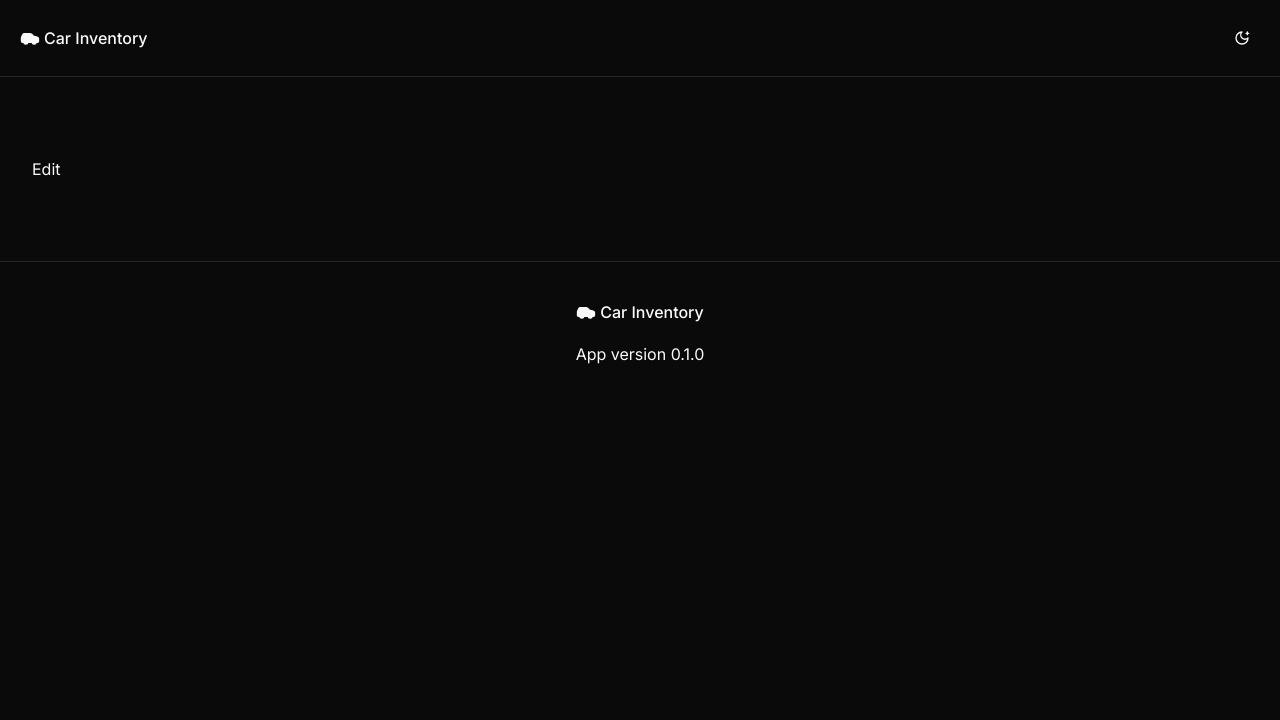
Repository: tushcmd/car-inventory
Page: /edit (app in frontend/)
An editor plug-in stored every save of this project. The page is shown before and after the next save, followed by the edit.
The browser window is 1280 px wide. The pictures show the whole page.
The project was rebuilt for these pictures with package versions that can differ from the ones it lists, and the page was loaded fresh each time. The framework's server and built-in components were replaced by stand-ins that run in the browser. Also part of the build but not shown: frontend/next.config.mjs.

Above is the page before, as saved 2024-05-12 03:50:27.

### frontend/app/layout.tsx
import type { Metadata } from "next";
import { Inter } from "next/font/google";
import "./globals.css";
import AppProviders from "@/components/providers/AppProviders";
import Navbar from '@/components/shared/Navbar';
import Footer from "@/components/shared/Footer";

const inter = Inter({ subsets: ["latin"] });

export const metadata: Metadata = {
  title: "Car Garage Inventory",
  description: "Nextjs Shadcnui Nodejs Express and MongoDB CRUD",
};

export default function RootLayout({
  children,
}: Readonly<{
  children: React.ReactNode;
}>) {
  return (
    <html lang="en" suppressHydrationWarning>
      <body className={inter.className}>
        <AppProviders>
          <Navbar />
          {children}
          <Footer />
        </AppProviders>
      </body>
    </html>
  );
}

### frontend/app/edit/page.tsx


export default function Edit() {
    return (
        <div className="page-container">Edit</div>
    )
}

### frontend/app/globals.css
@tailwind base;
@tailwind components;
@tailwind utilities;

@layer base {
  :root {
    --background: 0 0% 100%;
    --foreground: 0 0% 3.9%;

    --card: 0 0% 100%;
    --card-foreground: 0 0% 3.9%;

    --popover: 0 0% 100%;
    --popover-foreground: 0 0% 3.9%;

    --primary: 0 0% 9%;
    --primary-foreground: 0 0% 98%;

    --secondary: 0 0% 96.1%;
    --secondary-foreground: 0 0% 9%;

    --muted: 0 0% 96.1%;
    --muted-foreground: 0 0% 45.1%;

    --accent: 0 0% 96.1%;
    --accent-foreground: 0 0% 9%;

    --destructive: 0 84.2% 60.2%;
    --destructive-foreground: 0 0% 98%;

    --border: 0 0% 89.8%;
    --input: 0 0% 89.8%;
    --ring: 0 0% 3.9%;

    --radius: 0.5rem;
  }

  .dark {
    --background: 0 0% 3.9%;
    --foreground: 0 0% 98%;

    --card: 0 0% 3.9%;
    --card-foreground: 0 0% 98%;

    --popover: 0 0% 3.9%;
    --popover-foreground: 0 0% 98%;

    --primary: 0 0% 98%;
    --primary-foreground: 0 0% 9%;

    --secondary: 0 0% 14.9%;
    --secondary-foreground: 0 0% 98%;

    --muted: 0 0% 14.9%;
    --muted-foreground: 0 0% 63.9%;

    --accent: 0 0% 14.9%;
    --accent-foreground: 0 0% 98%;

    --destructive: 0 62.8% 30.6%;
    --destructive-foreground: 0 0% 98%;

    --border: 0 0% 14.9%;
    --input: 0 0% 14.9%;
    --ring: 0 0% 83.1%;
  }
}

@layer base {
  * {
    @apply border-border;
  }
  body {
    @apply bg-background text-foreground;
  }
}


@layer components {

  /* FONT SIZES */
  .h1 {
		@apply text-5xl lg:text-6xl font-bold;
	}
	.h2 {
		@apply sm:text-3xl text-4xl font-bold;
	}
	.h3 {
		@apply text-2xl font-medium;
	}
	.h4 {
		@apply text-xl sm:text-lg font-normal;
	}

  /* LAYOUTS  */
	.layout-container {
		@apply container mx-auto px-5;
	}

	.page-container {
		@apply container py-20 flex flex-col gap-16 max-w-7xl;
	}
}

### frontend/components/providers/AppProviders.tsx
'use client';

import { ThemeProvider } from 'next-themes';
import { FC, ReactNode } from 'react';

interface AppProvidersProps {
  children: ReactNode;
}


const AppProviders: FC<AppProvidersProps> = ({ children }) => {
  return (
    <>
      <ThemeProvider attribute="class" disableTransitionOnChange defaultTheme="dark" enableSystem>
        {children}

      </ThemeProvider>
    </>
  );
};

export default AppProviders;

### frontend/components/shared/Navbar.tsx
import React, { FC } from 'react';
import ThemeSwitcherButton from '../ui/ThemeSwitcher';
import Logo from './Logo';

const Navbar: FC = () => {
  return (
    <nav className="border-b py-5">
      <div className="layout-container flex justify-between items-center max-w-7xl">
        <Logo />
        <ThemeSwitcherButton />
      </div>
    </nav>
  );
};

export default Navbar;

### frontend/components/shared/Footer.tsx
import React, { FC } from 'react'
import Logo from './Logo'

const Footer: FC = () => {
  return (
    <footer className='border-t'>
        <div className='layout-container flex flex-col gap-5 items-center  justify-center py-10'>
            <Logo />
            <p>App version 0.1.0</p>
        </div>

    </footer>
  )
}

export default Footer

### frontend/components/ui/ThemeSwitcher.tsx
"use client";

import { useTheme } from "next-themes";
import React, { FC, useEffect, useState } from "react";
import { SunIcon,  Laptop, MoonStarIcon } from "lucide-react";
import {
	DropdownMenu,
	DropdownMenuContent,
	DropdownMenuItem,
	DropdownMenuTrigger,
} from "./dropdown-menu";
import { Button } from "./button";

const themes = [
	{
		value: "light",
		label: "Light",
		icon: SunIcon,
	},
	{
		value: "dark",
		label: "Dark",
		icon: MoonStarIcon,
	},
	{
		value: "system",
		label: "System",
		icon: Laptop,
	},
];

const ThemeSwitcher: FC = () => {
  const [mounted, setMounted] = useState(false)
	const { theme, setTheme } = useTheme();
	const currentTheme = themes.find((t) => t.value === theme);
	const ThemeIcon = currentTheme?.icon

  useEffect(() => {
    setMounted(true)
  }, [])

	return mounted && (
		<div className="flex">
			<DropdownMenu  >
				<DropdownMenuTrigger asChild>
					<Button variant="ghost" size={"icon"}>{!!ThemeIcon && <ThemeIcon className="w-4 h-4"/>}</Button>
				</DropdownMenuTrigger>
				<DropdownMenuContent>
					{themes.map(({value, label}) => <DropdownMenuItem role="button" onClick={() => setTheme(value)} key={value}>{label}</DropdownMenuItem>)}
				</DropdownMenuContent>
			</DropdownMenu>
		</div>
	);
};

export default ThemeSwitcher;

### frontend/components/shared/Logo.tsx

import { Car } from "lucide-react";
import Link from "next/link";
import React, { FC } from "react";

const Logo: FC = () => {
	return (
		<Link href='/' className="flex items-center gap-1 component-focus rounded-md">
			<Car   className="w-5 h-5 fill-current" />
			<h1 className="inline-flex flex-col gap-0 leading-none font-medium">
				<p>Car Inventory</p>
			</h1>
		</Link>
	);
};

export default Logo;

### frontend/components/ui/dropdown-menu.tsx
"use client"

import * as React from "react"
import * as DropdownMenuPrimitive from "@radix-ui/react-dropdown-menu"
import {
  CheckIcon,
  ChevronRightIcon,
  DotFilledIcon,
} from "@radix-ui/react-icons"

import { cn } from "@/lib/utils"

const DropdownMenu = DropdownMenuPrimitive.Root

const DropdownMenuTrigger = DropdownMenuPrimitive.Trigger

const DropdownMenuGroup = DropdownMenuPrimitive.Group

const DropdownMenuPortal = DropdownMenuPrimitive.Portal

const DropdownMenuSub = DropdownMenuPrimitive.Sub

const DropdownMenuRadioGroup = DropdownMenuPrimitive.RadioGroup

const DropdownMenuSubTrigger = React.forwardRef<
  React.ElementRef<typeof DropdownMenuPrimitive.SubTrigger>,
  React.ComponentPropsWithoutRef<typeof DropdownMenuPrimitive.SubTrigger> & {
    inset?: boolean
  }
>(({ className, inset, children, ...props }, ref) => (
  <DropdownMenuPrimitive.SubTrigger
    ref={ref}
    className={cn(
      "flex cursor-default select-none items-center rounded-sm px-2 py-1.5 text-sm outline-none focus:bg-accent data-[state=open]:bg-accent",
      inset && "pl-8",
      className
    )}
    {...props}
  >
    {children}
    <ChevronRightIcon className="ml-auto h-4 w-4" />
  </DropdownMenuPrimitive.SubTrigger>
))
DropdownMenuSubTrigger.displayName =
  DropdownMenuPrimitive.SubTrigger.displayName

const DropdownMenuSubContent = React.forwardRef<
  React.ElementRef<typeof DropdownMenuPrimitive.SubContent>,
  React.ComponentPropsWithoutRef<typeof DropdownMenuPrimitive.SubContent>
>(({ className, ...props }, ref) => (
  <DropdownMenuPrimitive.SubContent
    ref={ref}
    className={cn(
      "z-50 min-w-[8rem] overflow-hidden rounded-md border bg-popover p-1 text-popover-foreground shadow-lg data-[state=open]:animate-in data-[state=closed]:animate-out data-[state=closed]:fade-out-0 data-[state=open]:fade-in-0 data-[state=closed]:zoom-out-95 data-[state=open]:zoom-in-95 data-[side=bottom]:slide-in-from-top-2 data-[side=left]:slide-in-from-right-2 data-[side=right]:slide-in-from-left-2 data-[side=top]:slide-in-from-bottom-2",
      className
    )}
    {...props}
  />
))
DropdownMenuSubContent.displayName =
  DropdownMenuPrimitive.SubContent.displayName

const DropdownMenuContent = React.forwardRef<
  React.ElementRef<typeof DropdownMenuPrimitive.Content>,
  React.ComponentPropsWithoutRef<typeof DropdownMenuPrimitive.Content>
>(({ className, sideOffset = 4, ...props }, ref) => (
  <DropdownMenuPrimitive.Portal>
    <DropdownMenuPrimitive.Content
      ref={ref}
      sideOffset={sideOffset}
      className={cn(
        "z-50 min-w-[8rem] overflow-hidden rounded-md border bg-popover p-1 text-popover-foreground shadow-md",
        "data-[state=open]:animate-in data-[state=closed]:animate-out data-[state=closed]:fade-out-0 data-[state=open]:fade-in-0 data-[state=closed]:zoom-out-95 data-[state=open]:zoom-in-95 data-[side=bottom]:slide-in-from-top-2 data-[side=left]:slide-in-from-right-2 data-[side=right]:slide-in-from-left-2 data-[side=top]:slide-in-from-bottom-2",
        className
      )}
      {...props}
    />
  </DropdownMenuPrimitive.Portal>
))
DropdownMenuContent.displayName = DropdownMenuPrimitive.Content.displayName

const DropdownMenuItem = React.forwardRef<
  React.ElementRef<typeof DropdownMenuPrimitive.Item>,
  React.ComponentPropsWithoutRef<typeof DropdownMenuPrimitive.Item> & {
    inset?: boolean
  }
>(({ className, inset, ...props }, ref) => (
  <DropdownMenuPrimitive.Item
    ref={ref}
    className={cn(
      "relative flex cursor-default select-none items-center rounded-sm px-2 py-1.5 text-sm outline-none transition-colors focus:bg-accent focus:text-accent-foreground data-[disabled]:pointer-events-none data-[disabled]:opacity-50",
      inset && "pl-8",
      className
    )}
    {...props}
  />
))
DropdownMenuItem.displayName = DropdownMenuPrimitive.Item.displayName

const DropdownMenuCheckboxItem = React.forwardRef<
  React.ElementRef<typeof DropdownMenuPrimitive.CheckboxItem>,
  React.ComponentPropsWithoutRef<typeof DropdownMenuPrimitive.CheckboxItem>
>(({ className, children, checked, ...props }, ref) => (
  <DropdownMenuPrimitive.CheckboxItem
    ref={ref}
    className={cn(
      "relative flex cursor-default select-none items-center rounded-sm py-1.5 pl-8 pr-2 text-sm outline-none transition-colors focus:bg-accent focus:text-accent-foreground data-[disabled]:pointer-events-none data-[disabled]:opacity-50",
      className
    )}
    checked={checked}
    {...props}
  >
    <span className="absolute left-2 flex h-3.5 w-3.5 items-center justify-center">
      <DropdownMenuPrimitive.ItemIndicator>
        <CheckIcon className="h-4 w-4" />
      </DropdownMenuPrimitive.ItemIndicator>
    </span>
    {children}
  </DropdownMenuPrimitive.CheckboxItem>
))
DropdownMenuCheckboxItem.displayName =
  DropdownMenuPrimitive.CheckboxItem.displayName

const DropdownMenuRadioItem = React.forwardRef<
  React.ElementRef<typeof DropdownMenuPrimitive.RadioItem>,
  React.ComponentPropsWithoutRef<typeof DropdownMenuPrimitive.RadioItem>
>(({ className, children, ...props }, ref) => (
  <DropdownMenuPrimitive.RadioItem
    ref={ref}
    className={cn(
      "relative flex cursor-default select-none items-center rounded-sm py-1.5 pl-8 pr-2 text-sm outline-none transition-colors focus:bg-accent focus:text-accent-foreground data-[disabled]:pointer-events-none data-[disabled]:opacity-50",
      className
    )}
    {...props}
  >
    <span className="absolute left-2 flex h-3.5 w-3.5 items-center justify-center">
      <DropdownMenuPrimitive.ItemIndicator>
        <DotFilledIcon className="h-4 w-4 fill-current" />
      </DropdownMenuPrimitive.ItemIndicator>
    </span>
    {children}
  </DropdownMenuPrimitive.RadioItem>
))
DropdownMenuRadioItem.displayName = DropdownMenuPrimitive.RadioItem.displayName

const DropdownMenuLabel = React.forwardRef<
  React.ElementRef<typeof DropdownMenuPrimitive.Label>,
  React.ComponentPropsWithoutRef<typeof DropdownMenuPrimitive.Label> & {
    inset?: boolean
  }
>(({ className, inset, ...props }, ref) => (
  <DropdownMenuPrimitive.Label
    ref={ref}
    className={cn(
      "px-2 py-1.5 text-sm font-semibold",
      inset && "pl-8",
      className
    )}
    {...props}
  />
))
DropdownMenuLabel.displayName = DropdownMenuPrimitive.Label.displayName

const DropdownMenuSeparator = React.forwardRef<
  React.ElementRef<typeof DropdownMenuPrimitive.Separator>,
  React.ComponentPropsWithoutRef<typeof DropdownMenuPrimitive.Separator>
>(({ className, ...props }, ref) => (
  <DropdownMenuPrimitive.Separator
    ref={ref}
    className={cn("-mx-1 my-1 h-px bg-muted", className)}
    {...props}
  />
))
DropdownMenuSeparator.displayName = DropdownMenuPrimitive.Separator.displayName

const DropdownMenuShortcut = ({
  className,
  ...props
}: React.HTMLAttributes<HTMLSpanElement>) => {
  return (
    <span
      className={cn("ml-auto text-xs tracking-widest opacity-60", className)}
      {...props}
    />
  )
}
DropdownMenuShortcut.displayName = "DropdownMenuShortcut"

export {
  DropdownMenu,
  DropdownMenuTrigger,
  DropdownMenuContent,
  DropdownMenuItem,
  DropdownMenuCheckboxItem,
  DropdownMenuRadioItem,
  DropdownMenuLabel,
  DropdownMenuSeparator,
  DropdownMenuShortcut,
  DropdownMenuGroup,
  DropdownMenuPortal,
  DropdownMenuSub,
  DropdownMenuSubContent,
  DropdownMenuSubTrigger,
  DropdownMenuRadioGroup,
}

### frontend/components/ui/button.tsx
import * as React from "react"
import { Slot } from "@radix-ui/react-slot"
import { cva, type VariantProps } from "class-variance-authority"

import { cn } from "@/lib/utils"

const buttonVariants = cva(
  "inline-flex items-center justify-center whitespace-nowrap rounded-md text-sm font-medium transition-colors focus-visible:outline-none focus-visible:ring-1 focus-visible:ring-ring disabled:pointer-events-none disabled:opacity-50",
  {
    variants: {
      variant: {
        default:
          "bg-primary text-primary-foreground shadow hover:bg-primary/90",
        destructive:
          "bg-destructive text-destructive-foreground shadow-sm hover:bg-destructive/90",
        outline:
          "border border-input bg-background shadow-sm hover:bg-accent hover:text-accent-foreground",
        secondary:
          "bg-secondary text-secondary-foreground shadow-sm hover:bg-secondary/80",
        ghost: "hover:bg-accent hover:text-accent-foreground",
        link: "text-primary underline-offset-4 hover:underline",
      },
      size: {
        default: "h-9 px-4 py-2",
        sm: "h-8 rounded-md px-3 text-xs",
        lg: "h-10 rounded-md px-8",
        icon: "h-9 w-9",
      },
    },
    defaultVariants: {
      variant: "default",
      size: "default",
    },
  }
)

export interface ButtonProps
  extends React.ButtonHTMLAttributes<HTMLButtonElement>,
    VariantProps<typeof buttonVariants> {
  asChild?: boolean
}

const Button = React.forwardRef<HTMLButtonElement, ButtonProps>(
  ({ className, variant, size, asChild = false, ...props }, ref) => {
    const Comp = asChild ? Slot : "button"
    return (
      <Comp
        className={cn(buttonVariants({ variant, size, className }))}
        ref={ref}
        {...props}
      />
    )
  }
)
Button.displayName = "Button"

export { Button, buttonVariants }

Loaded but not shown: frontend/lib/utils.ts (common file); frontend/tailwind.config.ts (common file)

After the next save:
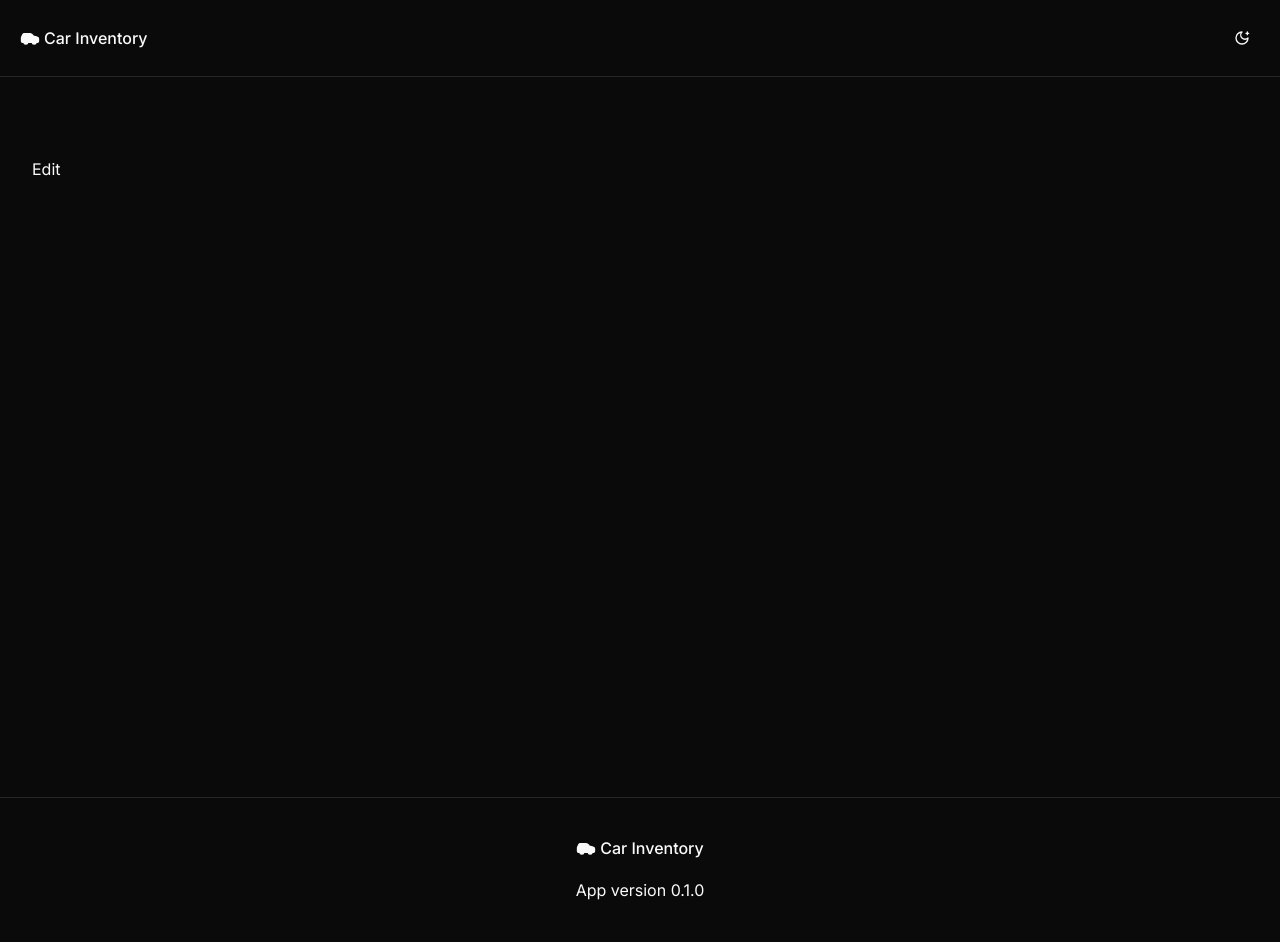
Saved 13 s later.
--- a/frontend/app/edit/page.tsx
+++ b/frontend/app/edit/page.tsx
@@ -2,6 +2,6 @@
 
 export default function Edit() {
     return (
-        <div className="page-container">Edit</div>
+        <div className="page-container min-h-screen">Edit</div>
     )
 }
